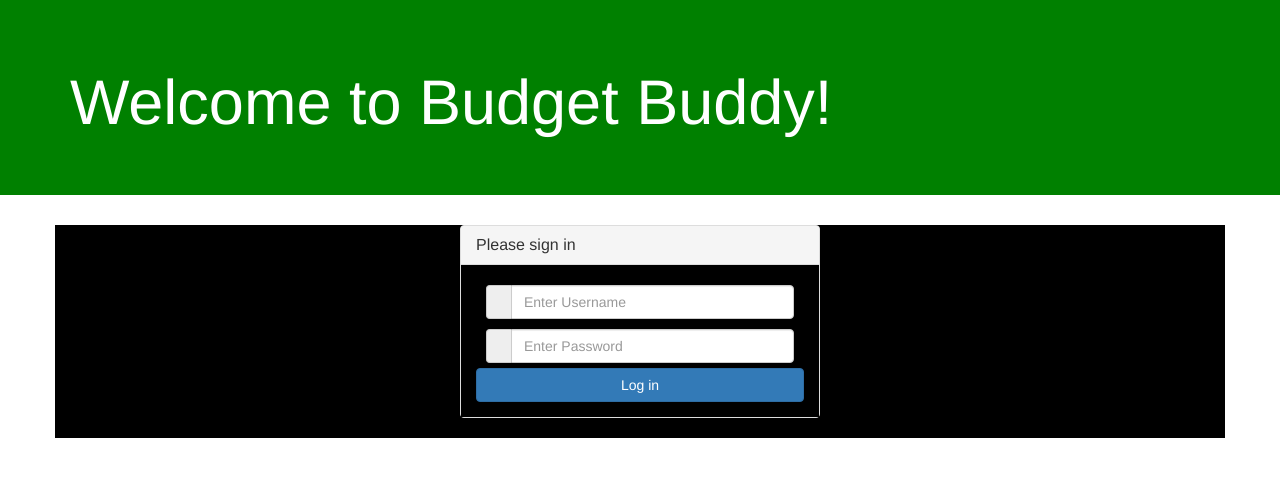
Repository: jdfost1/BudgetBuddy
Page: http://localhost/budgetbuddy/login
An editor plug-in stored every save of this project. The page is shown before and after the next save, followed by the edit.
The browser window is 1280 px wide. The pictures show the whole page.
Some web libraries are served in a nearby version. The page is served by Tomcat 9.

Above is the page before, as saved 2018-10-09 06:44:19.

After the next save:
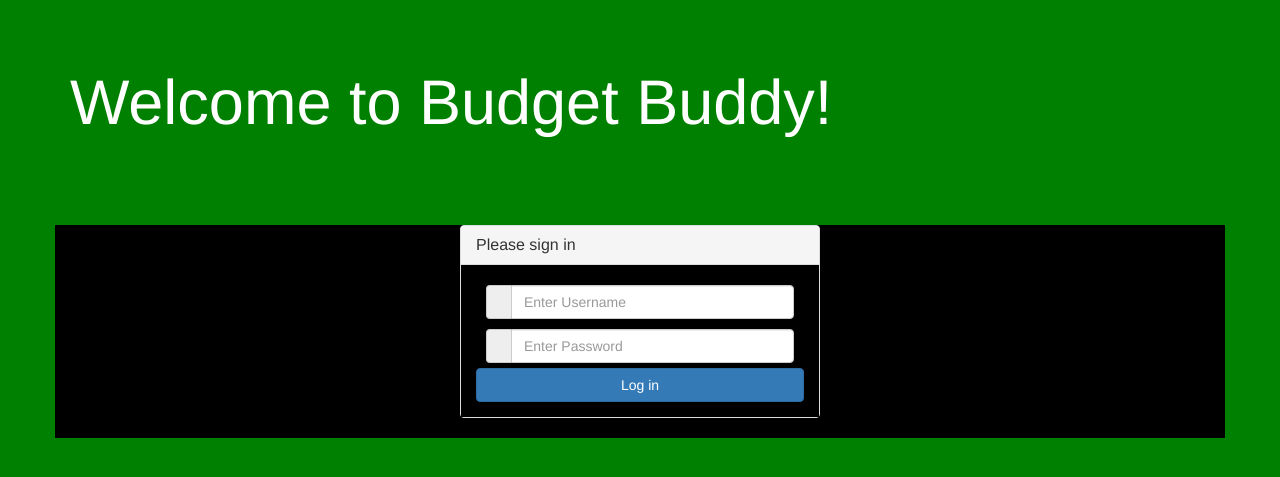
Saved 8 s later.
--- a/budgetbuddy/src/main/webapp/WEB-INF/jsp/login.jsp
+++ b/budgetbuddy/src/main/webapp/WEB-INF/jsp/login.jsp
@@ -15,7 +15,7 @@ background-color:green;
 background-color:green;
 color:white;
 }
-body{
+#body{
 background-color:green;
 }
 head{
